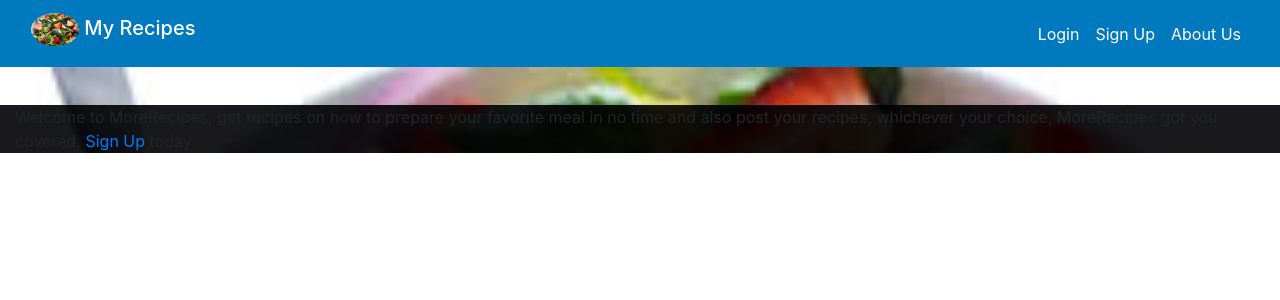
Repository: UggoPrince/more-recipes
Page: html/index.html
An editor plug-in stored every save of this project. The page is shown before and after the next save, followed by the edit.
The browser window is 1280 px wide. The pictures show the whole page.

Above is the page before, as saved 2018-07-30 06:41:25.

After the next save:
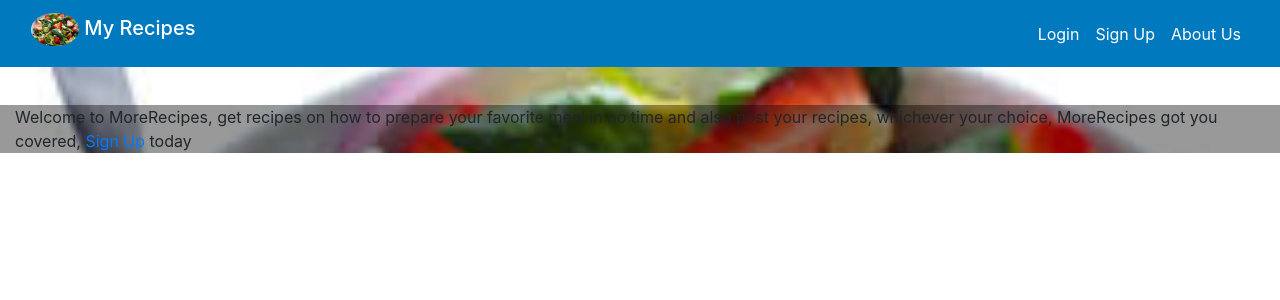
Saved 15 s later.
--- a/html/index.html
+++ b/html/index.html
@@ -6,7 +6,7 @@
   <link rel="stylesheet" href="https://maxcdn.bootstrapcdn.com/bootstrap/4.0.0/css/bootstrap.min.css" integrity="sha384-Gn5384xqQ1aoWXA+058RXPxPg6fy4IWvTNh0E263XmFcJlSAwiGgFAW/dAiS6JXm" crossorigin="anonymous"/>
   <style>
     main {
-      background-color: rgba(0, 0, 3, 0.9);
+      background-color: rgba(0, 0, 3, 0.4);
     }
     div#content {
       background-size: 100vw;
